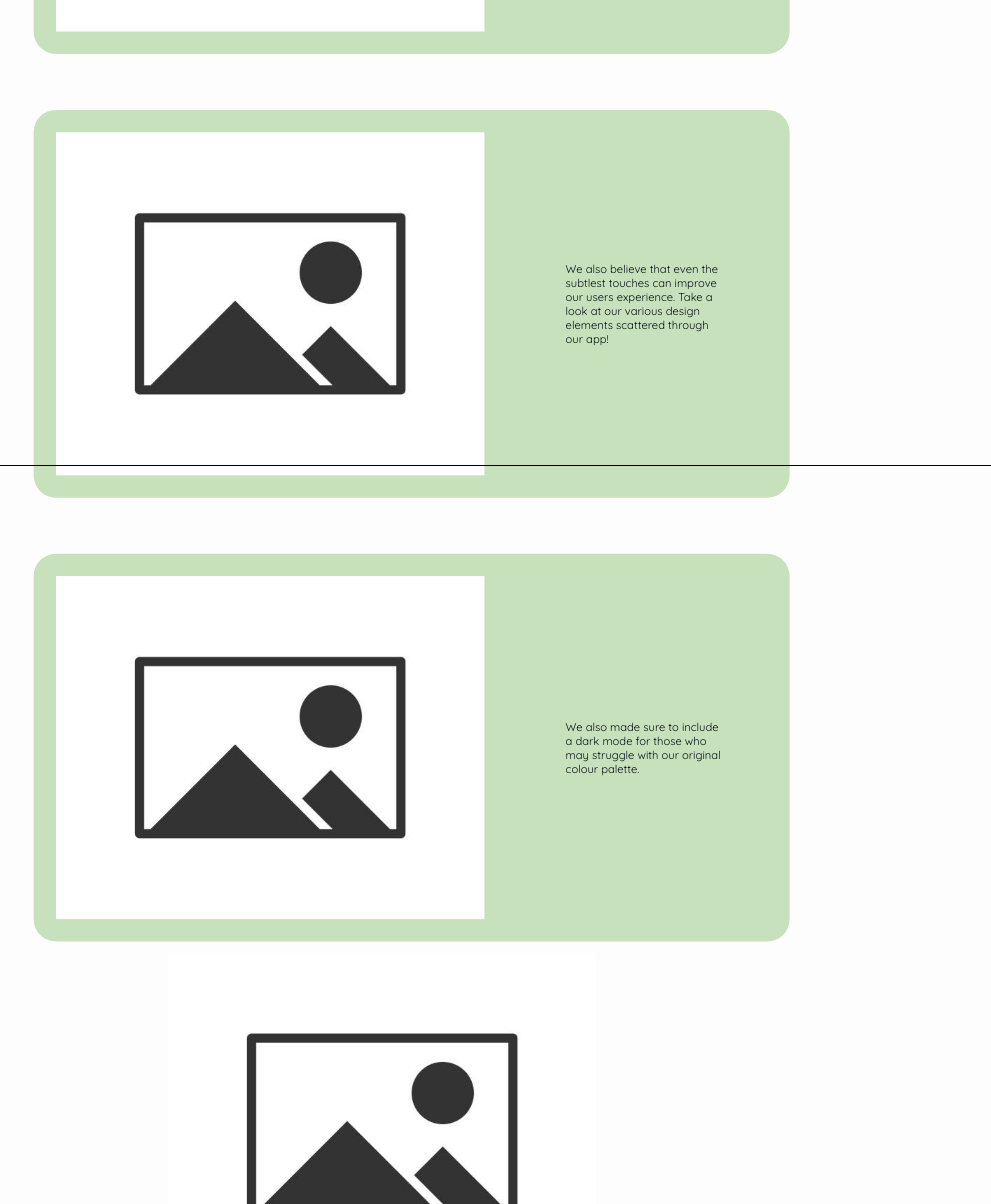
Repository: AlyssaHug/MoolahMate-A5Styleguide
Page: logos.html
These files come from the project's save history. The page is drawn as it stood at one moment and after the next save; the edit follows.
The browser window is 1280 px wide. The page is 1416 px wide, so the pictures cover 1416 px, including what lies to the right of the window. The pictures show the part of the page from y = 4780 to 6500 px (the page is 7313 px tall), at 70% of full size.

Above is the page before, as saved 2025-03-31 12:35:43.

After the next save:
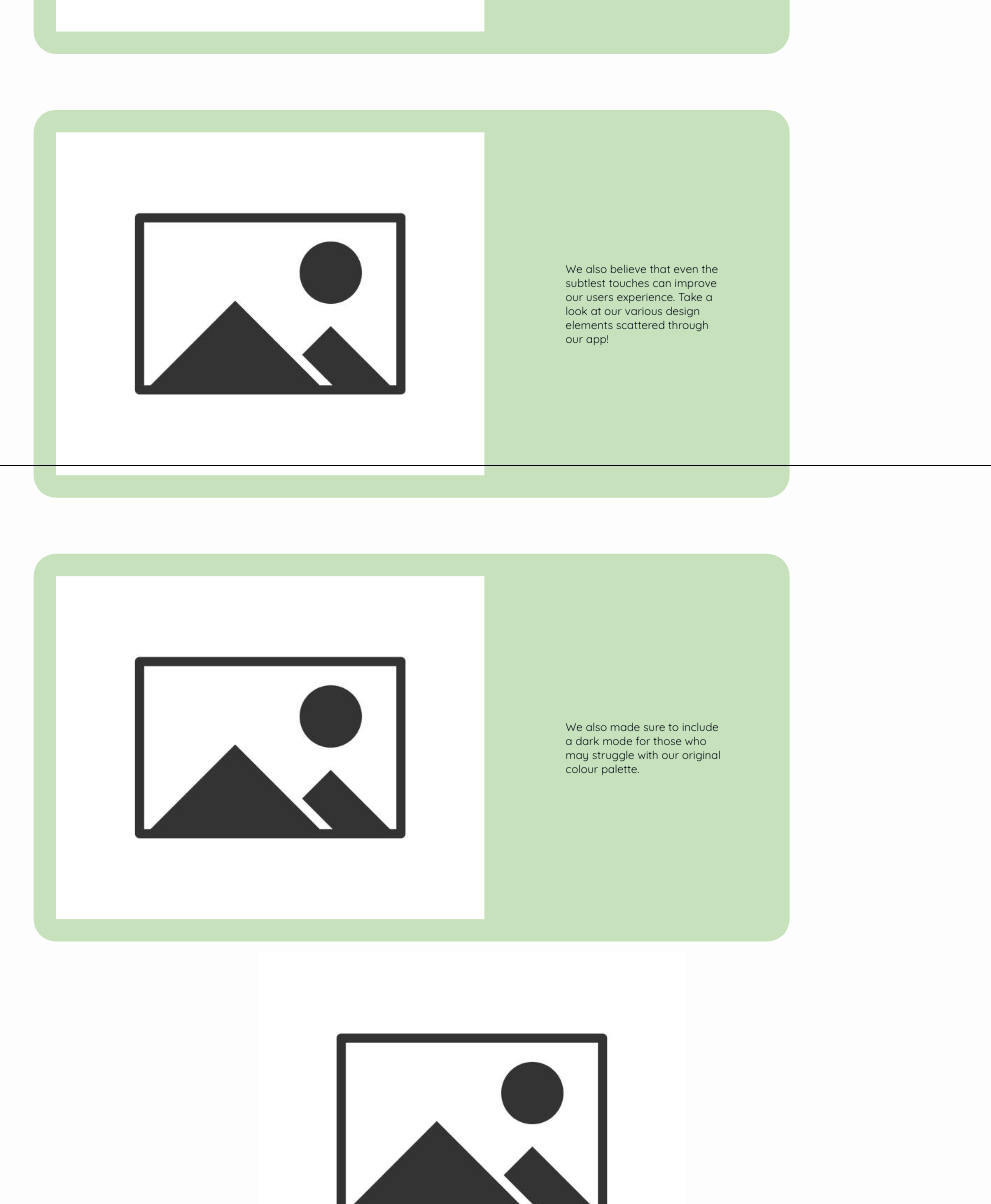
Saved 4 s later.
--- a/Logo-styles.css
+++ b/Logo-styles.css
@@ -203,5 +203,5 @@
 }
 
 .graphics-and-icons_pt2 img {
-    margin-left: 12em;
-}
+    margin-left: 20em;
+}
